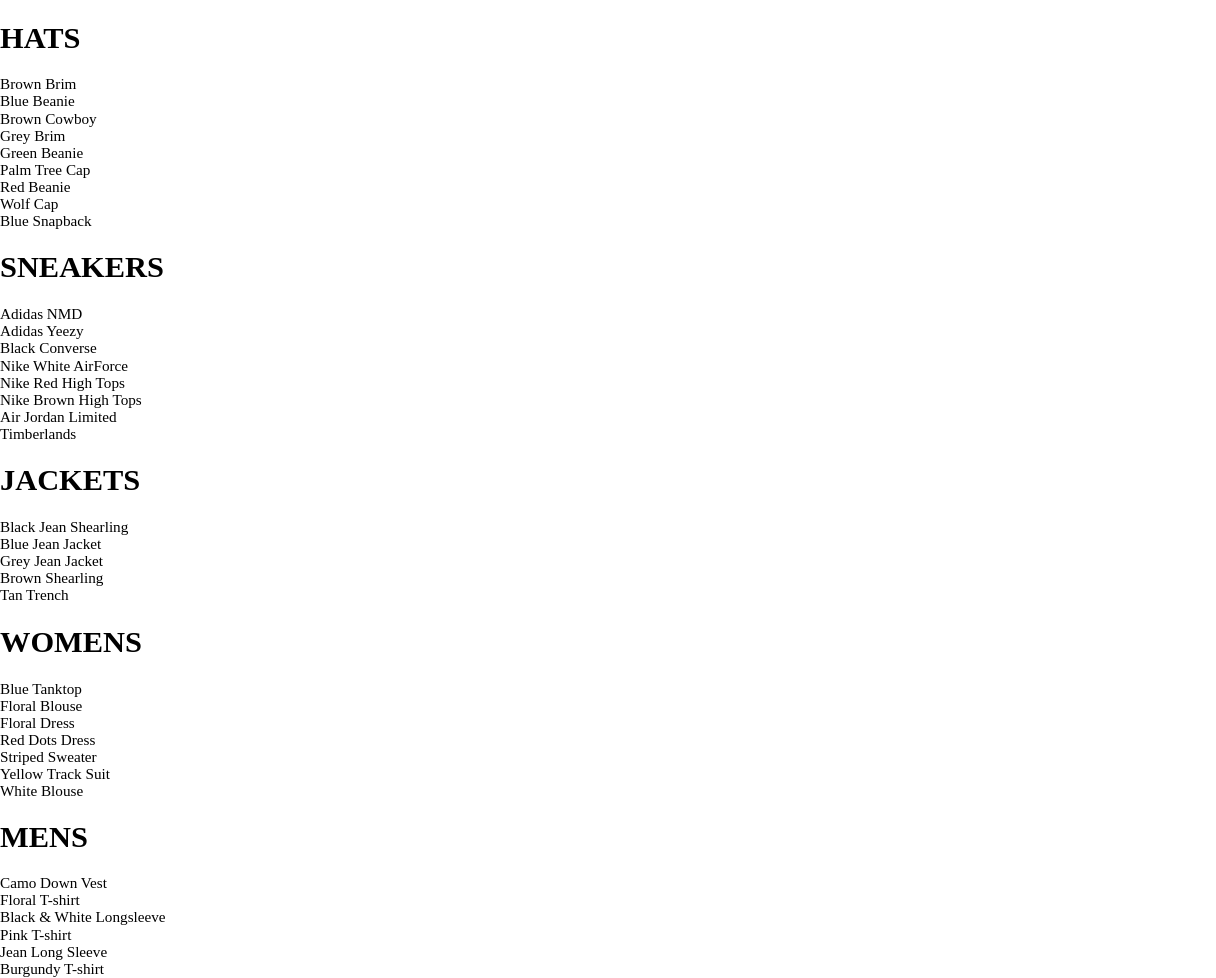
Repository: roscaImarius/-E-commerce-React
Page: /shop
These files come from the project's save history. The page is drawn as it stood at one moment and after a run of saves; the edit follows.
The browser window is 1280 px wide. The pictures show the whole page, at 95% of full size.
The project was rebuilt for these pictures with package versions that can differ from the ones it lists, and the page was loaded fresh each time. Also part of the build but not shown: src/components/MenuItem/MenuItem.scss, src/components/MenuItem/MenuItem.jsx, src/components/Directory/DirectoryStyles.scss, src/components/Directory/Directory.jsx, src/pages/HomePage/HomePageStyle.scss, src/pages/HomePage/HomePage.jsx, src/components/PreviewCollection/PreviewCollectionStyle.scss.

Above is the page before, as saved 2021-05-07 17:17:15.

After the next 2 saves:
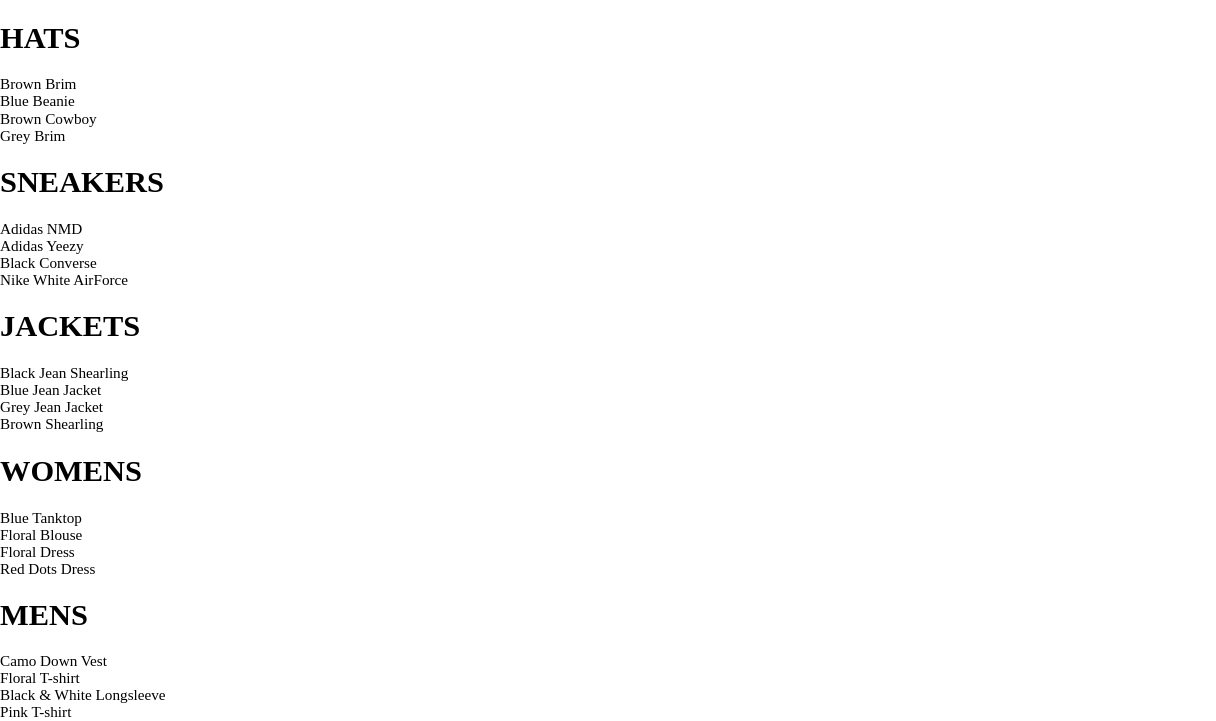
The 2 saves are shown as one change because 1 did not build or start.
The last was saved 4 min 2 s later.
--- a/src/components/PreviewCollection/PreviewCollection.jsx
+++ b/src/components/PreviewCollection/PreviewCollection.jsx
@@ -6,9 +6,11 @@ export const PreviewCollection = ({ title, items }) => {
     <div className="collection-preview">
       <h1 className="title">{title.toUpperCase()}</h1>
       <div className="preview">
-        {items.map((item) => (
-          <div key={item.id}>{item.name}</div>
-        ))}
+        {items
+          .filter((item, idx) => idx < 4)
+          .map((item) => (
+            <div key={item.id}>{item.name}</div>
+          ))}
       </div>
     </div>
   );
